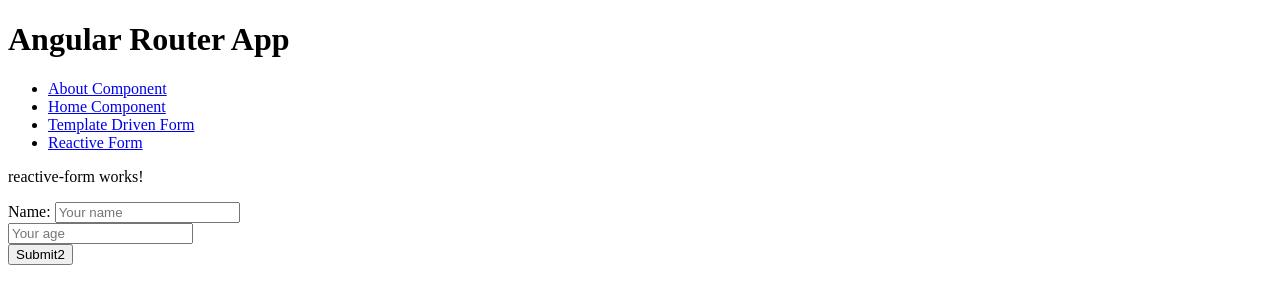
Repository: PhamTrungNguyen/Angular12
Page: /reactive (app in Angular/)
The author's editor kept a copy of each file at every save. The page is drawn from the files as they stood at one save, then again after the next save.
The browser window is 1280 px wide. The pictures show the whole page.
The project was rebuilt for these pictures with package versions that can differ from the ones it lists, and the page was loaded fresh each time. Also part of the build but not shown: Angular/angular.json, Angular/src/app/template-driven-form/template-driven-form.component.ts, Angular/src/app/home/home.component.ts, Angular/src/app/about/about.component.ts, Angular/src/app/page-not-found/page-not-found.component.ts.

Above is the page before, as saved 2023-01-04 19:35:57.

### Angular/src/app/app.module.ts
import { NgModule } from '@angular/core';
import { BrowserModule } from '@angular/platform-browser';

import { AppRoutingModule } from './app-routing.module';
import { AppComponent } from './app.component';
import { HomeComponent } from './home/home.component';
import { AboutComponent } from './about/about.component';
import { FormsModule } from '@angular/forms';
import { OnSalePipe } from './on-sale.pipe';
import { PageNotFoundComponent } from './page-not-found/page-not-found.component';
import { HighlightDirective } from './Directives/highlight.directive';
import { TemplateDrivenFormComponent } from './template-driven-form/template-driven-form.component';
import { ReactiveFormComponent } from './reactive-form/reactive-form.component';
import { ReactiveFormsModule } from '@angular/forms';
@NgModule({
  declarations: [
    AppComponent,
    HomeComponent,
    AboutComponent,
    OnSalePipe,
    PageNotFoundComponent,
    HighlightDirective,
    TemplateDrivenFormComponent,
    ReactiveFormComponent,
  ],
  imports: [BrowserModule, AppRoutingModule, FormsModule, ReactiveFormsModule],
  providers: [],
  bootstrap: [AppComponent],
})
export class AppModule {}

### Angular/src/app/app-routing.module.ts
import { TemplateDrivenFormComponent } from './template-driven-form/template-driven-form.component';
import { HomeComponent } from './home/home.component';
import { AboutComponent } from './about/about.component';
import { PageNotFoundComponent } from './page-not-found/page-not-found.component';
import { NgModule } from '@angular/core';
import { RouterModule, Routes } from '@angular/router';
import { ReactiveFormComponent } from './reactive-form/reactive-form.component';

const routes: Routes = [
  { path: 'about', component: AboutComponent },
  { path: 'home', component: HomeComponent },
  { path: 'form', component: TemplateDrivenFormComponent },
  { path: 'reactive', component: ReactiveFormComponent },
  { path: '', component: HomeComponent },
  { path: '**', component: PageNotFoundComponent },
];

@NgModule({
  imports: [RouterModule.forRoot(routes)],
  exports: [RouterModule],
})
export class AppRoutingModule {}

### Angular/src/app/on-sale.pipe.ts
import { Pipe, PipeTransform } from '@angular/core';

@Pipe({
  name: 'onSale',
})
export class OnSalePipe implements PipeTransform {
  transform(value: unknown, ...args: unknown[]): unknown {
    // console.log('my pipe', value);
    try {
      if (value) {
        return 'Đang hạ giá';
      }
    } catch (error) {}
    return null;
  }
}

### Angular/src/app/Directives/highlight.directive.ts
import { Directive, ElementRef, Input } from '@angular/core';

@Directive({
  selector: '[appHighlight]',
})
export class HighlightDirective {
  @Input() appHighlight = 'blue';
  constructor(private el: ElementRef) {}
  public ngOnInit(): void {
    // console.log('HighlightDirective', this.appHighlight);
    this.el.nativeElement.style.color = this.appHighlight;
  }
}

### Angular/src/app/reactive-form/reactive-form.component.ts
import { HomeService } from './../Service/home.service';
import { Component, OnInit } from '@angular/core';
import {
  FormBuilder,
  FormControl,
  FormGroup,
  Validators,
} from '@angular/forms';

@Component({
  selector: 'app-reactive-form',
  templateUrl: './reactive-form.component.html',
  styleUrls: ['./reactive-form.component.scss'],
})
export class ReactiveFormComponent {
  // myForm: FormGroup;
  // public formData: FormGroup = new FormGroup({
  //   name: new FormControl(''),
  //   age: new FormControl(''),

  // });
  public formData = this.fb.group({
    name: ['', Validators.required],
    age: ['', Validators.required],
  });
  submitted = false;

  constructor(private home: HomeService, private fb: FormBuilder) {}
  ngOnInit() {}
  public submitForm(): void {
    // console.log('Data:', this.formData.value);
    this.home.submitData(this.formData.value);
    this.submitted = true;
    console.log(this.formData.controls);
  }
}

### Angular/src/app/app.component.html
<h1>Angular Router App</h1>
<!-- This nav gives you links to click, which tells the router which route to use (defined in the routes constant in  AppRoutingModule) -->
<nav>
    <ul>
        <li>
            <a routerLink="/about" routerLinkActive="active" ariaCurrentWhenActive="page">About Component</a>
        </li>
        <li>
            <a routerLink="/home" routerLinkActive="active" ariaCurrentWhenActive="page">Home Component</a>
        </li>
        <li>
            <a routerLink="/form" routerLinkActive="active" ariaCurrentWhenActive="page">Template Driven Form</a>
        </li>
        <li>
            <a routerLink="/reactive" routerLinkActive="active" ariaCurrentWhenActive="page">Reactive Form</a>
        </li>
    </ul>
</nav>
<!-- The routed views render in the <router-outlet>-->
<router-outlet></router-outlet>

### Angular/src/app/Service/home.service.ts
import { Injectable } from '@angular/core';

@Injectable({
  providedIn: 'root',
})
export class HomeService {
  public counter = 10;
  constructor() {}
  public count(n: number): number {
    return n * n;
  }
  public submitData(data: any): void {
    console.log('Data :', data);
  }
}

### Angular/src/app/reactive-form/reactive-form.component.html
<p>reactive-form works!</p>

<form action="" [formGroup]="formData">
    Name:
    <input type="text" formControlName="name" placeholder="Your name" />
    <div *ngIf="submitted&& formData.controls.name.errors">
        <div *ngIf=" submitted &&formData.controls.name.errors?.['required']">Fullname is required</div>
    </div>
    <!-- <div *ngIf="formData.get('name') ">
        Please provide a name.
    </div> -->
    <br>
    <input type="text" formControlName="age" placeholder="Your age" />
    <br>

    <!-- <button (click)="submitForm()">Submit</button> -->
    <button type="submit" (click)="submitForm()">Submit2</button>
</form>

Loaded but not shown: Angular/src/index.html (common file); Angular/src/styles.scss (common file); Angular/src/main.ts (common file); Angular/src/app/app.component.ts (common file); Angular/src/app/app.component.scss (no stored copy; drawn as an empty file); Angular/src/app/reactive-form/reactive-form.component.scss (no stored copy; drawn as an empty file)

After the next save:
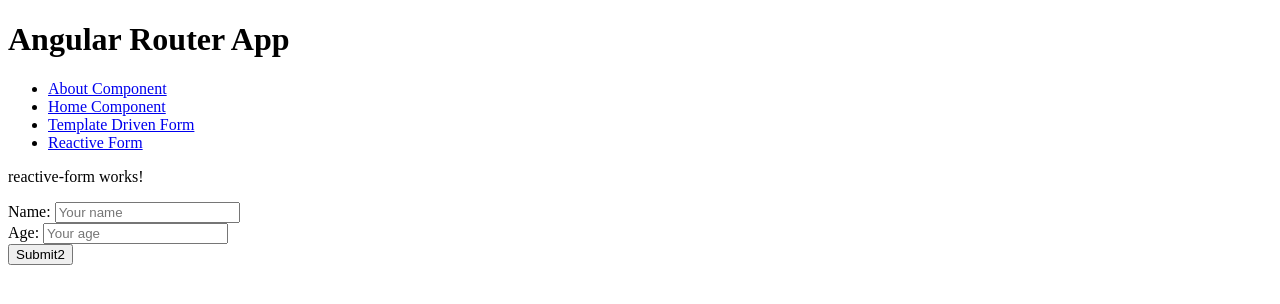
Saved 6 s later.
--- a/Angular/src/app/reactive-form/reactive-form.component.html
+++ b/Angular/src/app/reactive-form/reactive-form.component.html
@@ -10,7 +10,7 @@
         Please provide a name.
     </div> -->
     <br>
-    <input type="text" formControlName="age" placeholder="Your age" />
+    Age: <input type="text" formControlName="age" placeholder="Your age" />
     <br>
 
     <!-- <button (click)="submitForm()">Submit</button> -->
